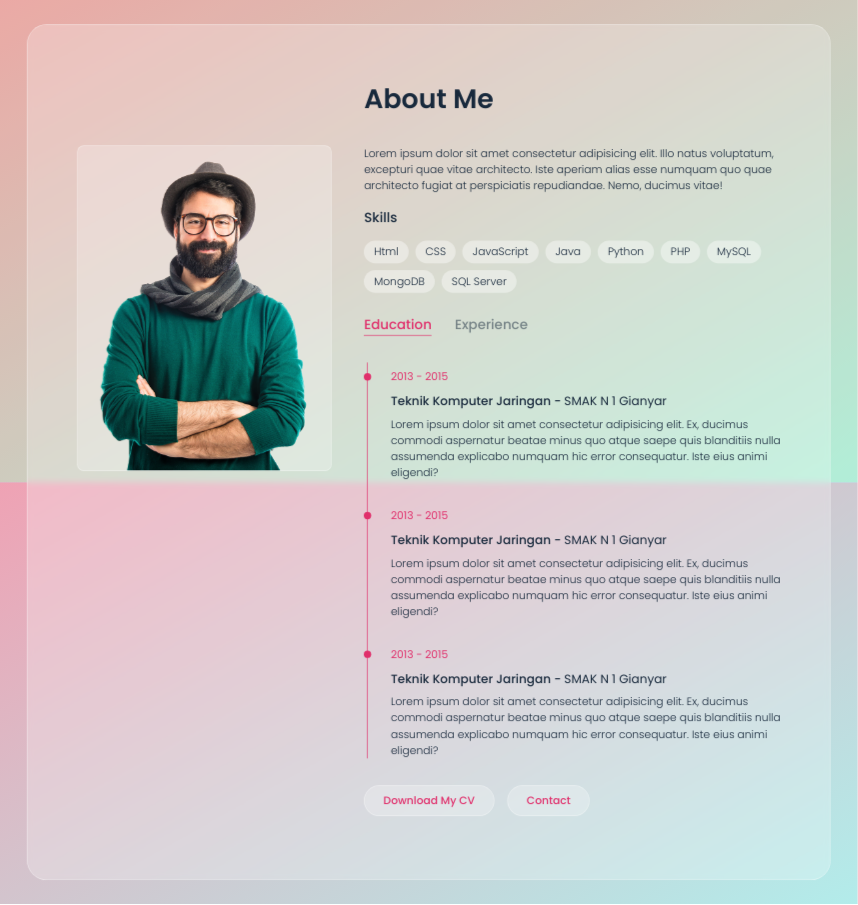
Repository: dewaary/Glassmorp-me
Page: index.html
An editor plug-in stored every save of this project. The page is shown before and after the next save, followed by the edit.
The browser window is 1280 px wide. The pictures show the whole page, at 67% of full size.
Backgrounds fixed to the window are drawn as part of the page.

Above is the page before, as saved 2021-05-26 07:26:00.

### index.html
<!DOCTYPE html>
<html lang="en">

<head>
    <meta charset="UTF-8">
    <meta http-equiv="X-UA-Compatible" content="IE=edge">
    <meta name="viewport" content="width=device-width, initial-scale=1.0">
    <link rel="stylesheet" href="style.css">
    <title>Document</title>
</head>

<body>
    <div class="main">
        <section class="home-section align-items-center hidden">
            <div class="container">
                <div class="row align-items-center">
                    <div class="home-text">
                        <p>Hello, I'm</p>
                        <h1>Dewa Ari</h1>
                        <h2>Full-Stack Web Developer</h2>
                        <a href="#" class="btn">more about me</a>
                        <a href="#" class="btn">portfolio</a>
                    </div>
                    <div class="home-img">
                        <div class="img-box">
                            <img src="img/profile-img.png" alt="profile-img">
                        </div>
                    </div>
                </div>
            </div>
        </section>

        <!-- About Section -->
        <section class="about-section sec-padding">
            <div class="container">
                <div class="row">
                    <div class="section-title">
                        <h2>About me</h2>
                    </div>
                </div>
                <div class="row">
                    <div class="about-img">
                        <div class="img-box">
                            <img src="img/about-img.png" alt="About Image">
                        </div>
                    </div>
                    <div class="about-text">
                        <p>Lorem ipsum dolor sit amet consectetur adipisicing elit. Illo natus voluptatum, excepturi
                            quae vitae architecto. Iste aperiam alias esse numquam quo quae architecto fugiat at
                            perspiciatis repudiandae. Nemo, ducimus vitae!</p>
                        <h3>Skills</h3>
                        <div class="skills">
                            <div class="skill-item">Html</div>
                            <div class="skill-item">CSS</div>
                            <div class="skill-item">JavaScript</div>
                            <div class="skill-item">Java</div>
                            <div class="skill-item">Python</div>
                            <div class="skill-item">PHP</div>
                            <div class="skill-item">MySQL</div>
                            <div class="skill-item">MongoDB</div>
                            <div class="skill-item">SQL Server</div>
                        </div>

                        <div class="about-tabs">
                            <button type="button" class="tab-item active" data-target="#education">Education</button>
                            <button type="button" class="tab-item" data-target="#experience">Experience</button>
                        </div>
                        <!-- Education Start -->
                        <div class="tab-content active" id="education">
                            <div class="timeline">
                                <div class="timeline-item">
                                    <span class="date">2013 - 2015</span>
                                    <h4>Teknik Komputer Jaringan - <span>SMAK N 1 Gianyar</span></h4>
                                    <p>Lorem ipsum dolor sit amet consectetur adipisicing elit. Ex, ducimus commodi
                                        aspernatur beatae minus quo atque saepe quis blanditiis nulla assumenda
                                        explicabo numquam hic error consequatur. Iste eius animi eligendi?</p>
                                </div>
                                <div class="timeline-item">
                                    <span class="date">2013 - 2015</span>
                                    <h4>Teknik Komputer Jaringan - <span>SMAK N 1 Gianyar</span></h4>
                                    <p>Lorem ipsum dolor sit amet consectetur adipisicing elit. Ex, ducimus commodi
                                        aspernatur beatae minus quo atque saepe quis blanditiis nulla assumenda
                                        explicabo numquam hic error consequatur. Iste eius animi eligendi?</p>
                                </div>
                                <div class="timeline-item">
                                    <span class="date">2013 - 2015</span>
                                    <h4>Teknik Komputer Jaringan - <span>SMAK N 1 Gianyar</span></h4>
                                    <p>Lorem ipsum dolor sit amet consectetur adipisicing elit. Ex, ducimus commodi
                                        aspernatur beatae minus quo atque saepe quis blanditiis nulla assumenda
                                        explicabo numquam hic error consequatur. Iste eius animi eligendi?</p>
                                </div>
                            </div>
                        </div>
                        <!-- Education End -->


                        <!-- Experince Start -->
                        <div class="tab-content" id="experience">
                            <div class="timeline">
                                <div class="timeline-item">
                                    <span class="date">2013 - 2016</span>
                                    <h4>Web Developer - <span>The Web Shala</span></h4>
                                    <p>Lorem ipsum dolor sit amet consectetur adipisicing elit. Et blanditiis,
                                        voluptates eum quibusdam voluptatibus sed accusamus officia iusto rem, esse
                                        harum ipsum suscipit eos assumenda nulla enim distinctio nostrum tempora!</p>
                                </div>
                                <div class="timeline-item">
                                    <span class="date">2013 - 2016</span>
                                    <h4>Web Developer - <span>The Web Shala</span></h4>
                                    <p>Lorem ipsum dolor sit amet consectetur adipisicing elit. Et blanditiis,
                                        voluptates eum quibusdam voluptatibus sed accusamus officia iusto rem, esse
                                        harum ipsum suscipit eos assumenda nulla enim distinctio nostrum tempora!</p>
                                </div>
                                <div class="timeline-item">
                                    <span class="date">2013 - 2016</span>
                                    <h4>Web Developer - <span>The Web Shala</span></h4>
                                    <p>Lorem ipsum dolor sit amet consectetur adipisicing elit. Et blanditiis,
                                        voluptates eum quibusdam voluptatibus sed accusamus officia iusto rem, esse
                                        harum ipsum suscipit eos assumenda nulla enim distinctio nostrum tempora!</p>
                                </div>

                            </div>
                        </div>

                        <!-- Experience End -->
                        <a href="#" class="btn">Download my CV</a>
                        <a href="#" class="btn">Contact</a>

                    </div>
                </div>
            </div>
        </section>
        <!-- About Section End -->

        <!-- Portfolio Section -->



        <!-- Portfolio Section End -->
    </div>
    <script src="js/script.js"></script>
</body>

</html>

### style.css
/* Fonts */
@import url("https://fonts.googleapis.com/css2?family=Poppins:wght@300;400;500;600;700&display=swap");

/* Variables */

:root {
  --main-color: #e02f6b;
  --blue: #0000ff;
  --blue-dark: #18293c;
  --orange: #ffa500;
  --green-yellow: #cddc39;
  --pink-light: #efa2b4;
  --cyan-light: #aef1ee;
  --white: #ffffff;
  --white-alpha-40: rgba(255, 255, 255, 0.4);
  --white-alpha-25: rgba(255, 255, 255, 0.25);
  --backdrop-filter-blur: blur(5px);
}

* {
  box-sizing: border-box;
  padding: 0;
  margin: 0;
  outline: none;
}

::before,
::after {
  box-sizing: border-box;
}

body {
  min-height: 100vh;
  background-image: linear-gradient(
    to bottom right,
    var(--pink-light),
    var(--cyan-light)
  );
  background-attachment: fixed;
  font-size: 16px;
  font-family: "Poppins", sans-serif;
  font-weight: 300;
  color: var(--blue-dark);
  line-height: 1.5;
  overflow-x: hidden;
  -webkit-tap-highlight-color: transparent;
  padding: 5vh 15px;
}

body::before {
  content: "";
  position: fixed;
  left: 0;
  top: 0;
  height: 100%;
  width: 100%;
  background-color: var(--green-yellow);
  z-index: -1;
  opacity: 0.12;
}

a {
  text-decoration: none;
}

h1,
h2 {
  font-weight: 600;
}

h3,
h4,
h5,
h6 {
  font-weight: 500;
}

img {
  max-width: 100%;
  vertical-align: middle;
}

section {
  background-color: var(--white-alpha-25);
  border: 1px solid var(--white-alpha-40);
  min-height: 90vh;
  border-radius: 30px;
  backdrop-filter: var(--backdrop-filter-blur);
}

.main {
  max-width: 1200px;
  margin: auto;
}

.row {
  display: flex;
  flex-wrap: wrap;
}

.container {
  padding: 0 40px;
  width: 100%;
}

.align-items-center {
  align-items: center;
}

.hidden {
  display: none !important;
}

.sec-padding {
  padding: 80px 0;
}

/* Section Tittle */
.section-title {
  padding: 0 15px;
  width: 100%;
  text-align: center;
  margin-bottom: 40px;
}

.section-title h2 {
  font-size: 40px;
  text-transform: capitalize;
}

/* Custome Scroolbar */

::-webkit-scrollbar {
  width: 5px;
}

::-webkit-scrollbar-track {
  background-color: var(--white);
}

::-webkit-scrollbar-thumb {
  background-color: var(--main-color);
}

/*
Buttons */

button {
  font-family: inherit;
  user-select: none;
}

.btn {
  line-height: 1.5;
  background-color: var(--white-alpha-25);
  border: 1px solid var(--white-alpha-40);
  padding: 10px 28px;
  display: inline-block;
  border-radius: 30px;
  color: var(--main-color);
  font-weight: 500;
  text-transform: capitalize;
  font-family: inherit;
  font-size: 16px;
  cursor: pointer;
  user-select: none;
  position: relative;
  overflow: hidden;
  vertical-align: middle;
  transition: width 0.3s ease;
}

.btn::before {
  content: "";
  position: absolute;
  left: 0;
  top: 0;
  height: 100%;
  width: 0%;
  background-color: var(--main-color);
  z-index: -1;
  transition: width 0.3s ease;
}

.btn:hover::before {
  width: 100%;
}
.btn:hover {
  color: var(--white);
}

/*
Home Section */

.home-section {
  display: flex;
  padding: 120px 0;
}

.home-text,
.home-img {
  width: 50%;
  padding: 15px;
}

.home-text p {
  font-size: 15px;
}

.home-text h2 {
  font-size: 20px;
  text-transform: capitalize;
  font-weight: 300;
  margin: 0 0 30px;
}

.home-text .btn {
  margin: 0 15px 15px 0;
}

.home-text h1 {
  font-size: 50px;
  text-transform: capitalize;
}

.home-img .img-box {
  max-width: 360px;
  background-color: var(--white-alpha-25);
  border-radius: 50%;
  background-color: var(--white-alpha-25);
  margin: auto;
}

.home-img .img-box img {
  width: 100%;
  border-radius: 50%;
}

/* About Section */

.about-img {
  width: 40%;
  padding: 0 15px;
}

.about-text {
  width: 60%;
  padding: 0 15px;
}

.about-img .img-box {
  background-color: var(--white-alpha-25);
  max-width: 380px;
  border: 1px solid var(--white-alpha-40);
  margin: auto;
  border-radius: 10px;
}

.about-img .img-box img {
  width: 100%;
}

.about-text h3 {
  text-transform: capitalize;
  font-size: 20px;
  margin: 20px 0;
}

.about-text .skills {
  display: flex;
  flex-wrap: wrap;
}

.about-text .skill-item {
  background-color: var(--white-alpha-25);
  background-color: var(--white-alpha-40);
  padding: 5px 15px;
  text-transform: capitalize;
  margin: 0 10px 10px 0;
  border-radius: 20px;
}

.about-tabs {
  margin-top: 20px;
}

.about-tabs .tab-item {
  padding: 2px 0;
  background-color: transparent;
  border: none;
  text-transform: capitalize;
  display: inline-block;
  color: var(--blue-dark);
  cursor: pointer;
  font-size: 20px;
  font-weight: 500;
  margin: 0 30px 0 0;
  position: relative;
  opacity: 0.5;
  transition: all 0.3s ease;
}

.about-tabs .tab-item:last-child {
  margin: 0;
}

.about-tabs .tab-item::before {
  content: "";
  position: absolute;
  left: 0;
  bottom: 0;
  width: 0%;
  height: 1px;
  background-color: var(--blue-dark);
  transition: width 0.3s ease;
}

.about-tabs .tab-item:hover::before {
  width: 100%;
}

.about-tabs .tab-item.active::before {
  width: 100%;
  background-color: var(--main-color);
}

.about-tabs .tab-item.active {
  color: var(--main-color);
  opacity: 1;
  cursor: auto;
}

.about-text .timeline{
  position: relative;
}

.about-text .timeline::before{
  content: '';
  position: absolute;
  height: 100%;
  width: 1px;
  top: 0;
  left: 5px;
  background-color: var(--main-color);
}

.about-text .tab-content {
  padding: 40px 0;
  display: none;
}

.about-text .tab-content.active {
  display: block;
}

.about-text .timeline-item {
  margin-bottom: 30px;
  position: relative;
  padding: 10px 0 0 40px;
}

.about-text .timeline-item::before{
  content: '';
  position: absolute;
  height: 11px;
  width: 11px;
  top: 16px;
  left: 0;
  background-color: var(--main-color);
  border-radius: 50%;
}

.about-text .timeline-item:last-child {
  margin-bottom: 0;
}

.about-text .timeline-item .date {
  display: block;
  color: var(--main-color);
  font-weight: 400;
  margin: 0 0 10px;
}
.about-text .timeline-item h4 {
  font-size: 18px;
  text-transform: capitalize;
  margin: 0 0 10px;
}
.about-text .timeline-item h4 span {
  font-weight: 400;
}

.about-text .btn{
  margin: 0 15px 15px 0;
}

### js/script.js

/* ---------- About Tabs --------- */

const tabsContainer = document.querySelector(".about-tabs"),
aboutSection = document.querySelector(".about-section");

tabsContainer.addEventListener("click", (e) => {
    if(e.target.classList.contains("tab-item") && !e.target.classList.contains("active")){
        tabsContainer.querySelector(".active").classList.remove("active");
        e.target.classList.add("active");
        const target = e.target.getAttribute("data-target");
        aboutSection.querySelector(".tab-content.active").classList.remove("active");
        aboutSection.querySelector(target).classList.add("active");
    }
});

After the next save:
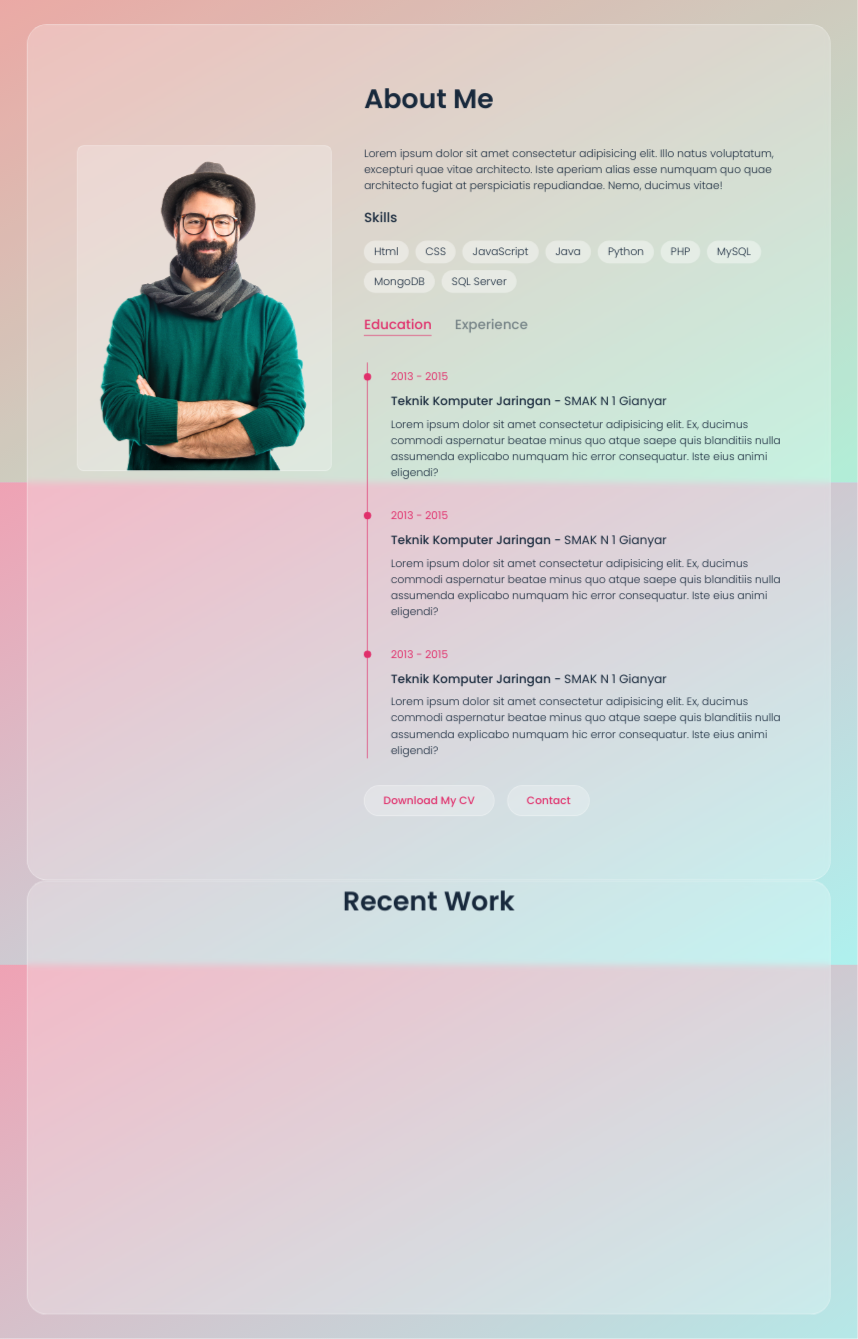
Saved 76 s later.
--- a/index.html
+++ b/index.html
@@ -133,8 +133,15 @@
         <!-- About Section End -->
 
         <!-- Portfolio Section -->
-
-
+        <section class="portfolio-section">
+            <div class="container">
+                <div class="row">
+                    <div class="section-title">
+                        <h2>recent work</h2>
+                    </div>
+                </div>
+            </div>
+        </section>
 
         <!-- Portfolio Section End -->
     </div>
